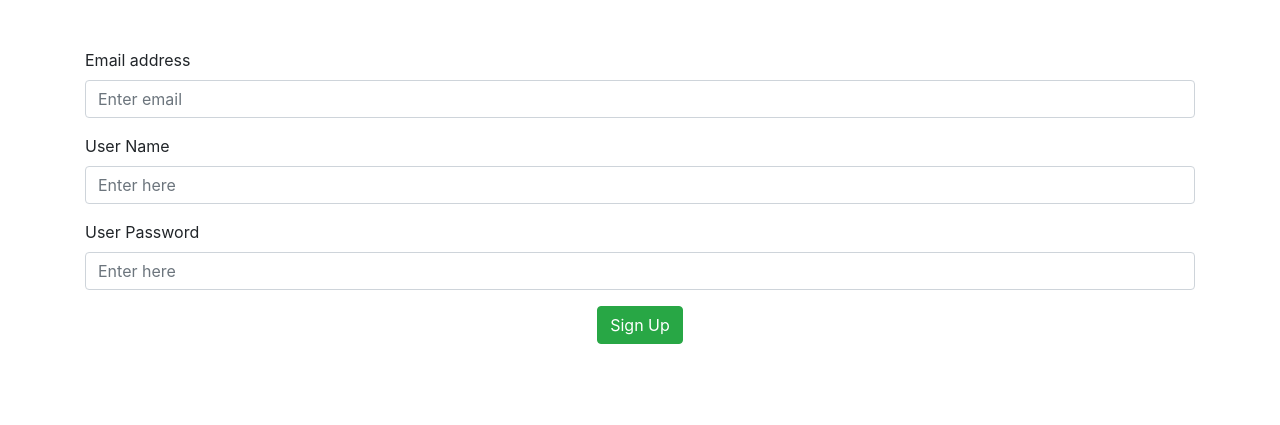
Repository: Sambit-23/Development
Page: http://localhost/springmvc/contact
These files come from the project's save history. The page is drawn as it stood at one moment and after the next save; the edit follows.
The browser window is 1280 px wide. The pictures show the whole page.
Some web libraries are served in a nearby version. The page is served by Tomcat 9.

Above is the page before, as saved 2023-06-06 06:11:54.

After the next save:
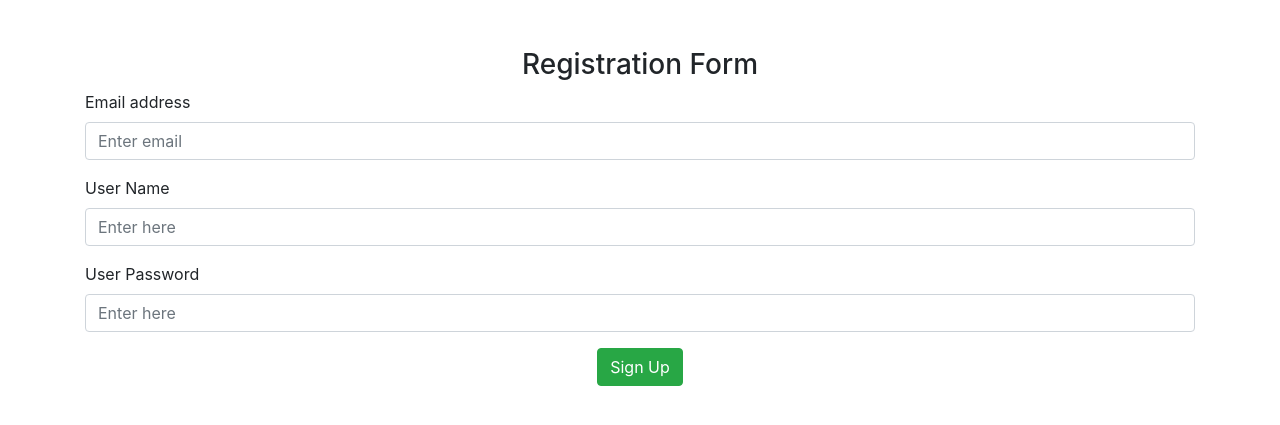
Saved 40 s later.
--- a/springmvc/src/main/webapp/WEB-INF/views/contact.jsp
+++ b/springmvc/src/main/webapp/WEB-INF/views/contact.jsp
@@ -19,7 +19,7 @@
 <body>
 
 	<div class="container mt-5">
-
+	<h3 class="text-center">Registration Form</h3>
 	<form>
 		<div class="form-group">
 			<label for="exampleInputEmail1">Email address</label> <input
